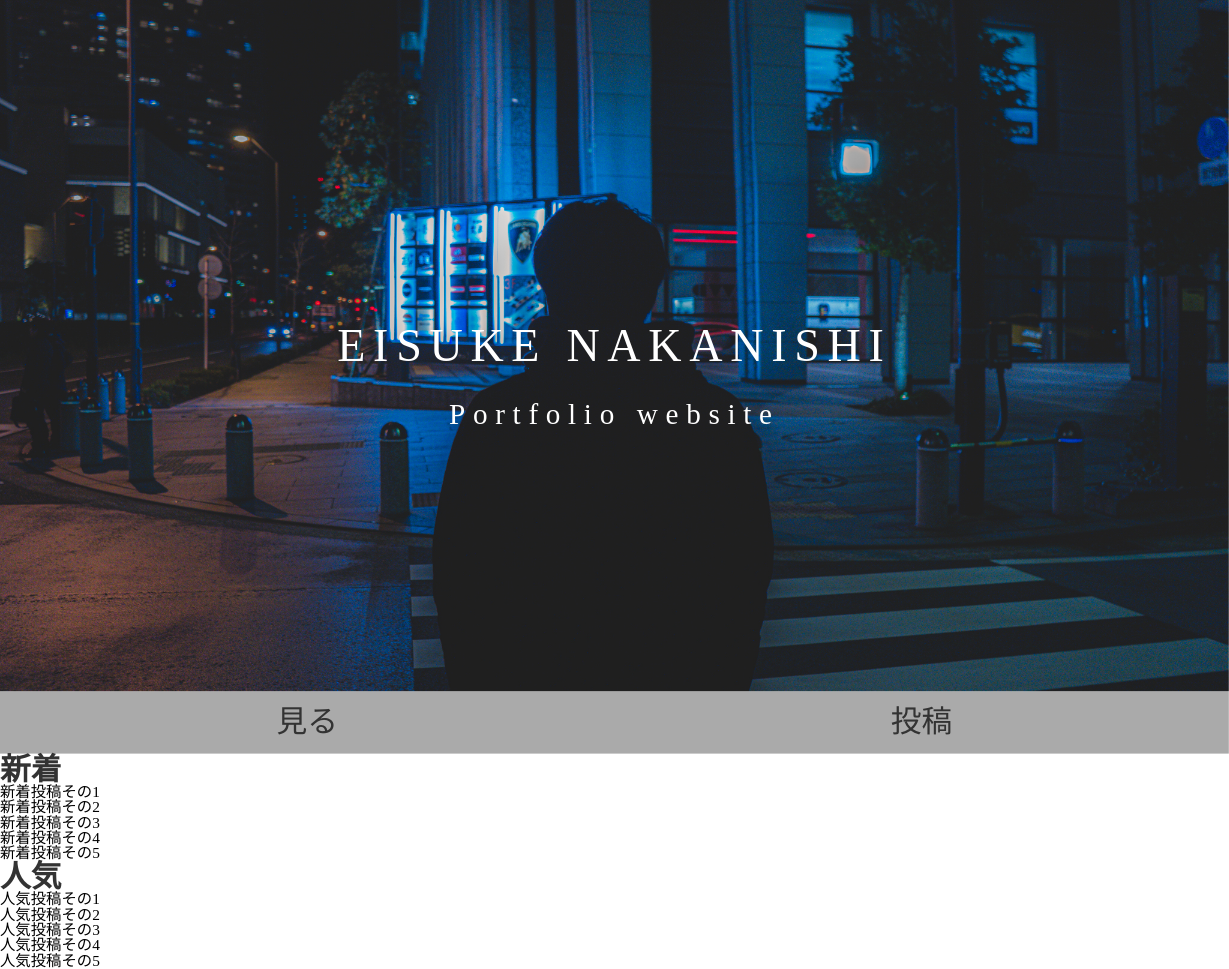
Repository: KustomApe/LandorusInc
Page: index.html
These files come from the project's save history. The page is drawn as it stood at one moment and after the next save; the edit follows.
The browser window is 1280 px wide. The pictures show the whole page, at 96% of full size.

Above is the page before, as saved 2021-07-24 13:12:59.

### index.html
<!DOCTYPE html>
<html lang="ja">
<head>
    <meta charset="UTF-8">
    <meta http-equiv="X-UA-Compatible" content="IE=edge">
    <meta name="viewport" content="width=device-width, initial-scale=1.0">
    <title>掲示板</title>
    <link rel="stylesheet" href="./assets/css/html5doctor.css">
    <link rel="stylesheet" href="./assets/css/style.css">
</head>
<body>
<div id="wrap">
    <div id="main_img">
        <h1>EISUKE NAKANISHI</h1>
        <h2>Portfolio website</h2>
    </div>
    <div class="contents">
        <ul id="main_btn">
            <li>見る</li>
            <li>投稿</li>
        </ul>
        <h2>新着</h2>
        <ul class="topics">
            <li>新着投稿その1</li>
            <li>新着投稿その2</li>
            <li>新着投稿その3</li>
            <li>新着投稿その4</li>
            <li>新着投稿その5</li>
        </ul>
        <h2>人気</h2>
        <ul class="topics">
            <li>人気投稿その1</li>
            <li>人気投稿その2</li>
            <li>人気投稿その3</li>
            <li>人気投稿その4</li>
            <li>人気投稿その5</li>
        </ul>
    </div>
</div>
</body>
</html>

### assets/css/html5doctor.css
html, body, div, span, object, iframe,
h1, h2, h3, h4, h5, h6, p, blockquote, pre,
abbr, address, cite, code,
del, dfn, em, img, ins, kbd, q, samp,
small, strong, sub, sup, var,
b, i,
dl, dt, dd, ol, ul, li,
fieldset, form, label, legend,
table, caption, tbody, tfoot, thead, tr, th, td,
article, aside, canvas, details, figcaption, figure,
footer, header, hgroup, menu, nav, section, summary,
time, mark, audio, video {
    margin:0;
    padding:0;
    border:0;
    outline:0;
    font-size:100%;
    vertical-align:baseline;
    background:transparent;
}

body {
    line-height:1;
}

article,aside,details,figcaption,figure,
footer,header,hgroup,menu,nav,section {
    display:block;
}

nav ul {
    list-style:none;
}

blockquote, q {
    quotes:none;
}

blockquote:before, blockquote:after,
q:before, q:after {
    content:'';
    content:none;
}

a {
    margin:0;
    padding:0;
    font-size:100%;
    vertical-align:baseline;
    background:transparent;
}

/* change colours to suit your needs */
ins {
    background-color:#ff9;
    color:#000;
    text-decoration:none;
}

/* change colours to suit your needs */
mark {
    background-color:#ff9;
    color:#000;
    font-style:italic;
    font-weight:bold;
}

del {
    text-decoration: line-through;
}

abbr[title], dfn[title] {
    border-bottom:1px dotted;
    cursor:help;
}

table {
    border-collapse:collapse;
    border-spacing:0;
}

/* change border colour to suit your needs */
hr {
    display:block;
    height:1px;
    border:0;
    border-top:1px solid #cccccc;
    margin:1em 0;
    padding:0;
}

input, select {
    vertical-align:middle;
}

### assets/css/style.css
@charset "utf-8";

body {
    width: 100%;
    max-width: 1920px;
}

div#main_img {
    position: relative;
    display: block;
    width: 100%;
    height: 100vh;
    background: url('../img/main.jpg');
    background-size: cover;
}

div#main_img h1 {
    position: absolute;
    top: 50%;
    left: 50%;
    transform: translate(-50%, -50%);
    -webkit-transform: translate(-50%, -50%);
    -ms-transform: translate(-50%, -50%);
    color: #fff;
    font-size: 3rem;
    font-weight: lighter;
    letter-spacing: 0.5rem;
}

div#main_img h2 {
    position: absolute;
    top: 60%;
    left: 50%;
    transform: translate(-50%, -50%);
    -webkit-transform: translate(-50%, -50%);
    -ms-transform: translate(-50%, -50%);
    color: #fff;
    font-size: 1.9rem;
    font-weight: lighter;
    letter-spacing: 0.5rem;
}

div.contents {
    width: 100%;
}

div.contents ul#main_btn {
    list-style: none;
    display: flex;
    width: 100%;
    height: 9vh;
    background: #aaa;
}

div.contents ul#main_btn li {
    display: block;
    width: 100%;
    height: 5vh;
    line-height: 5vh;
    margin: 0 auto;
    padding: 2vh 0;
    font-size: 2rem;
    color: #333;
    text-align: center;
}

div.contents h2 {
    font-size: 2rem;
    color: #333;
}

ul.topics {

}

After the next save:
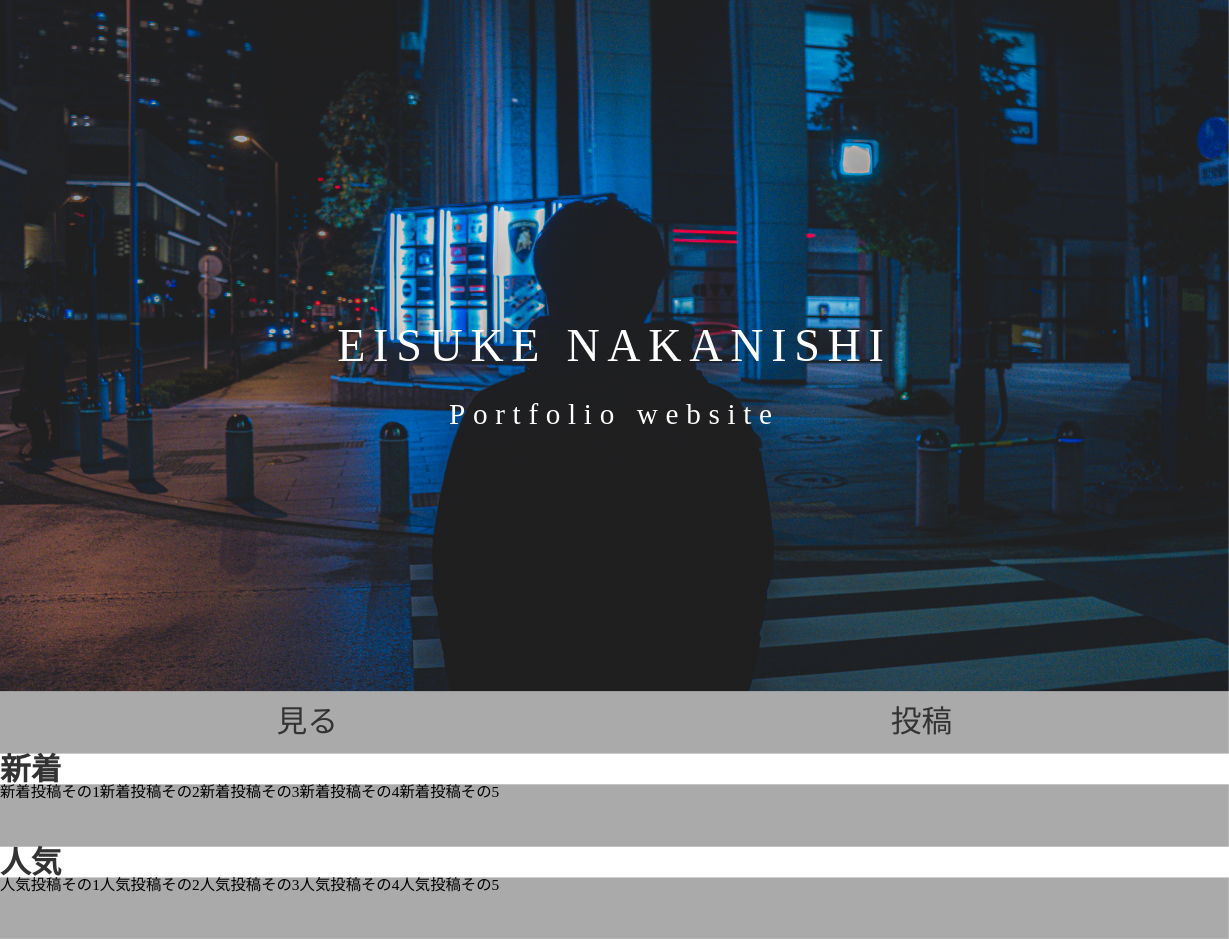
Saved 8 s later.
--- a/assets/css/style.css
+++ b/assets/css/style.css
@@ -70,5 +70,9 @@ div.contents h2 {
 }
 
 ul.topics {
-
+    list-style: none;
+    display: flex;
+    width: 100%;
+    height: 9vh;
+    background: #aaa;
 }
